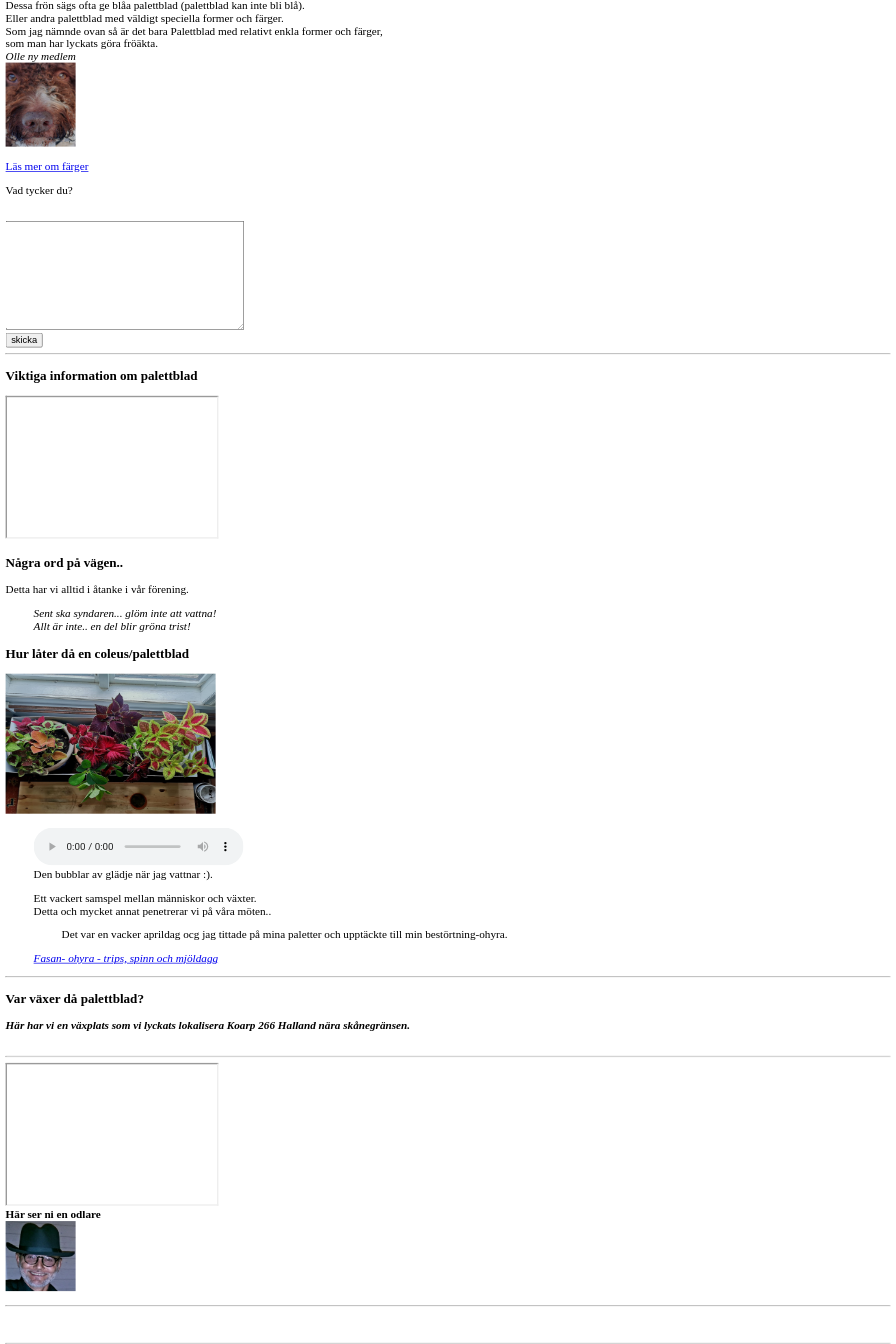
Repository: Webutveckling-20-21/Uppgift-1
Page: blogg.html
These files come from the project's save history. The page is drawn as it stood at one moment and after the next save; the edit follows.
The browser window is 1280 px wide. The pictures show the part of the page from y = 978 to 2898 px (the page is 2993 px tall before and 2943 px after), at 70% of full size.
Pictures or frames that could not be fetched are drawn as grey boxes.

Above is the page before, as saved 2021-09-07 15:59:23.

After the next save:
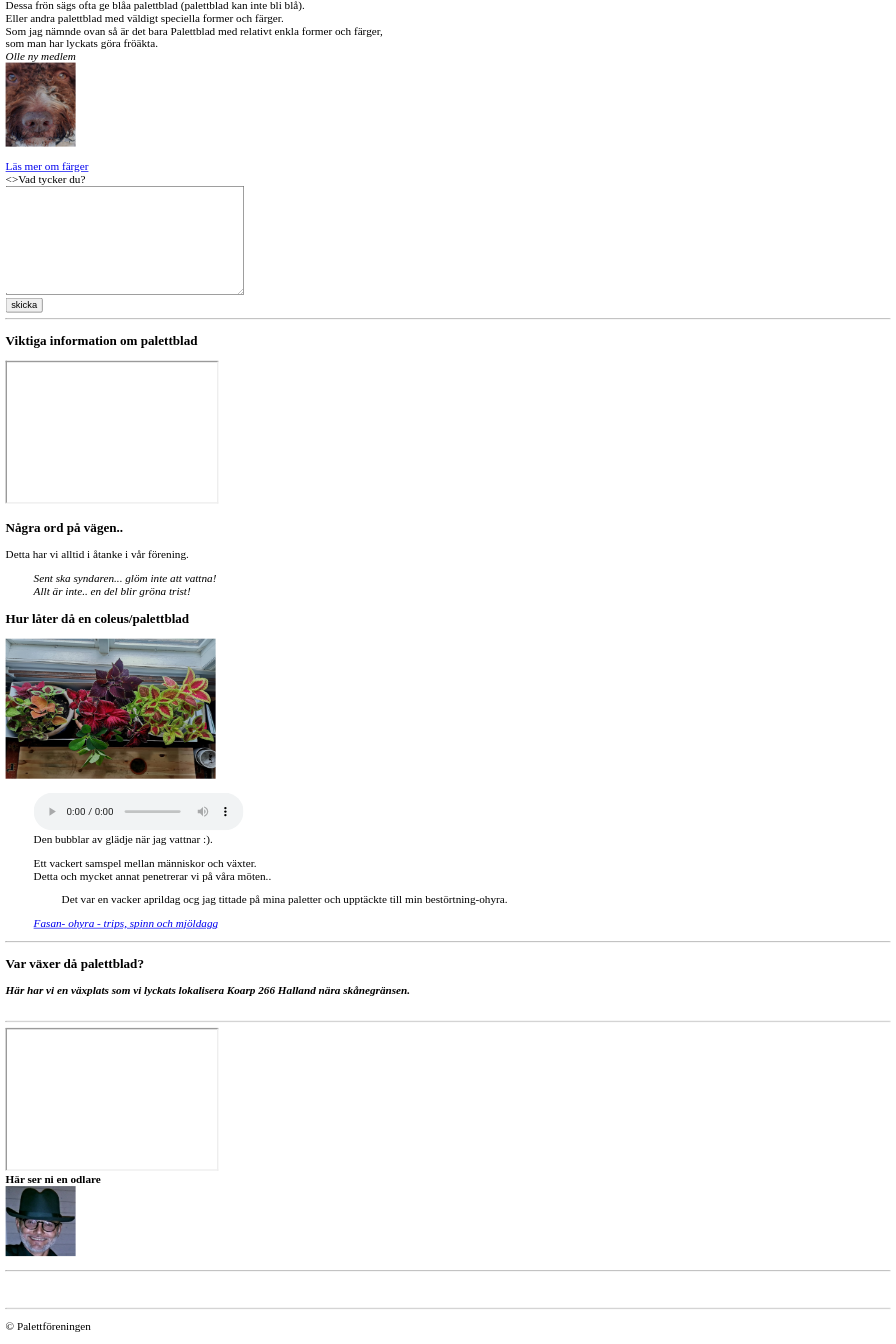
Saved 44 s later.
--- a/blogg.html
+++ b/blogg.html
@@ -94,7 +94,7 @@
                 <a href="https://coleus.blogg.se/">Läs mer om färger</a>
             </article>
             <label for="bloggpost">
-                <p>Vad tycker du?</p>
+                <>Vad tycker du?
             </label><br>
             <textarea name="bloggpost" cols="40" rows="10"></textarea ><br>
             <input type="submit" value="skicka">
